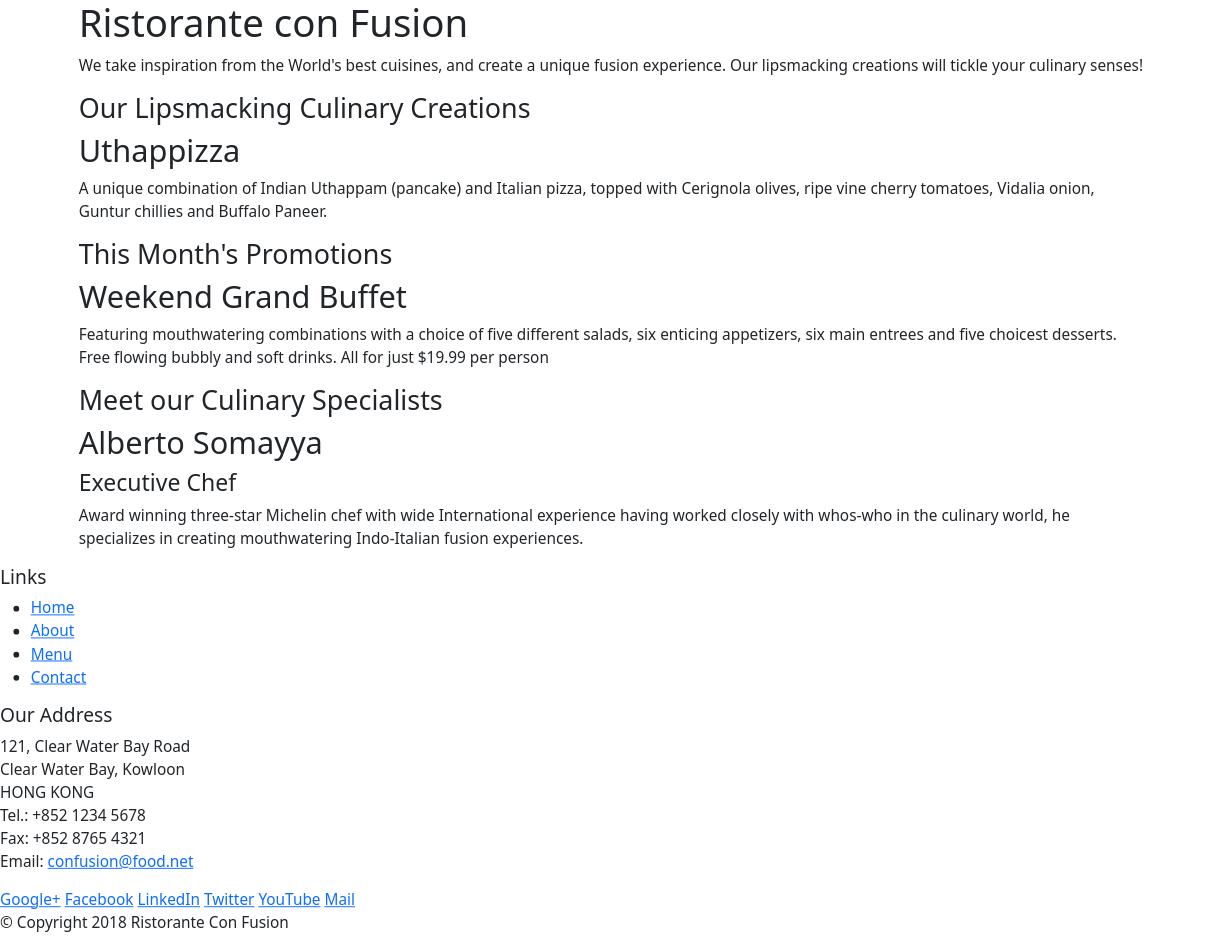
Repository: DungBuiTuan/FER201m
Page: index.html
These files come from the project's save history. The page is drawn as it stood at one moment and after the next save; the edit follows.
The browser window is 1280 px wide. The pictures show the whole page, at 96% of full size.
Some web libraries are served in a nearby version.

Above is the page before, as saved 2023-05-16 20:44:15.

After the next save:
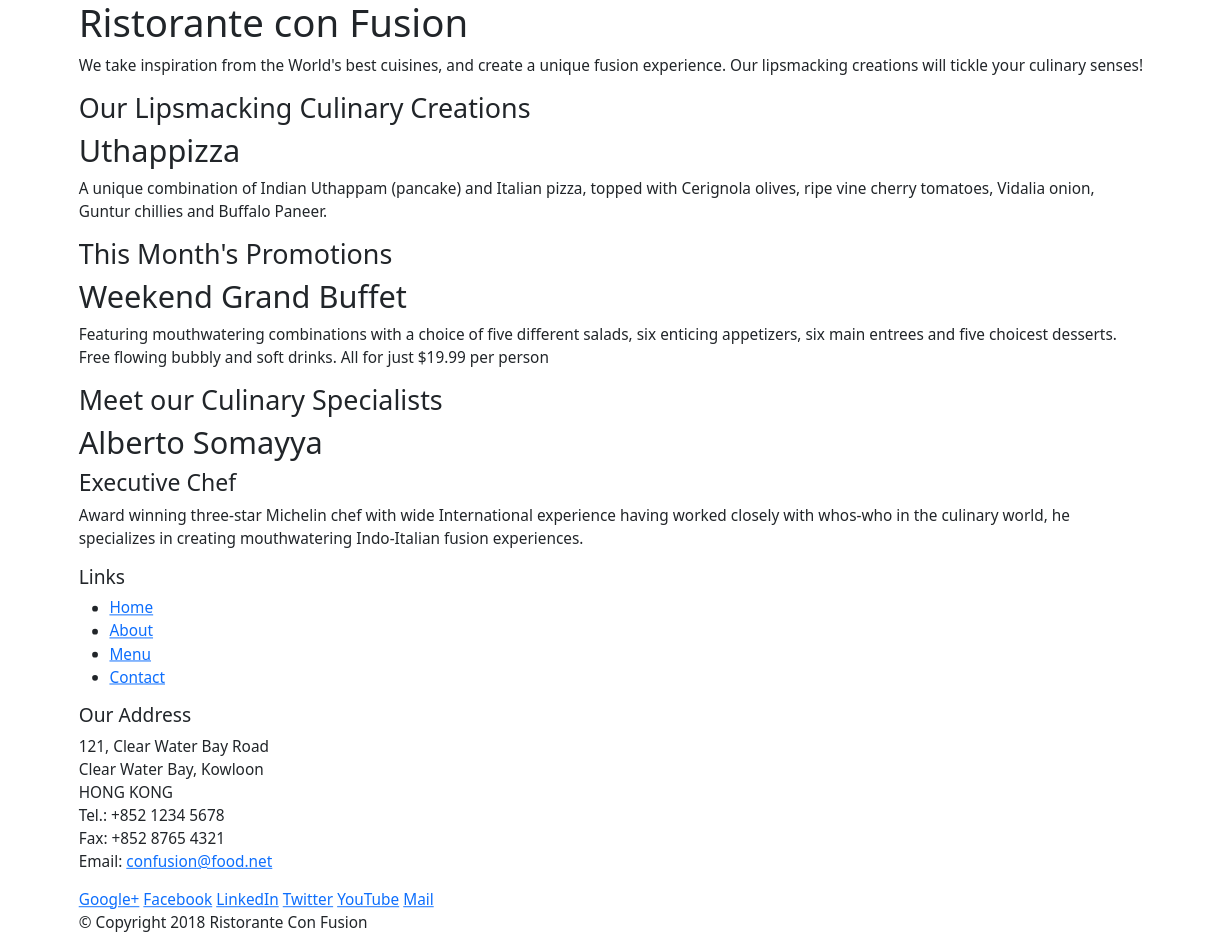
Saved 3 min 17 s later.
--- a/index.html
+++ b/index.html
@@ -61,8 +61,8 @@
     </div>
 
     <footer>
-        <div>
-            <div>
+        <div class="container">
+            <div class="row">
                 <div>
                     <h5>Links</h5>
                     <ul>
